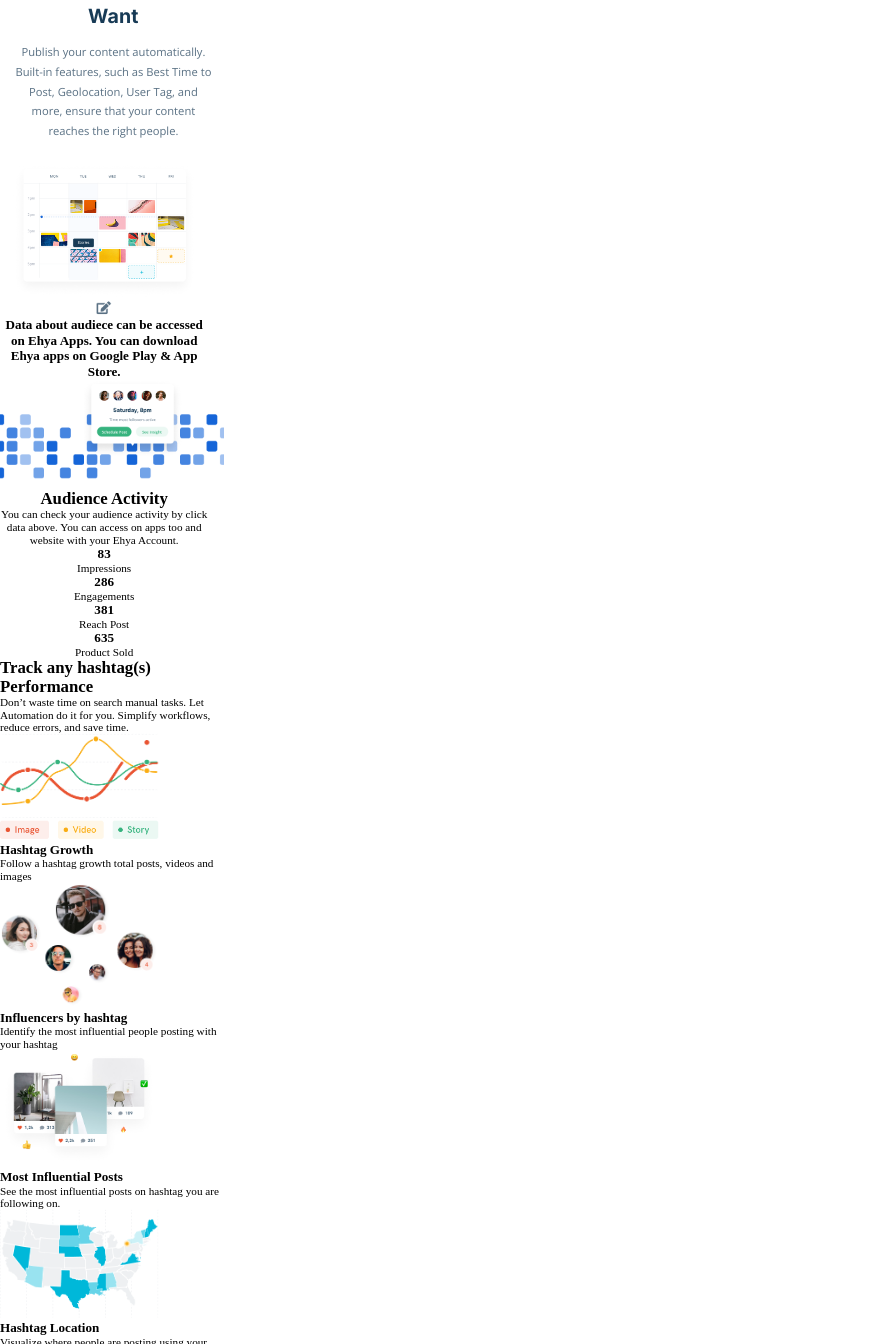
Repository: Eduardo-Tamborelli-Ferreira-lino/FrontEnd
Page: projetos/Prova-CSS/index.html
The author's editor kept a copy of each file at every save. The page is drawn from the files as they stood at one save, then again after the next save.
The browser window is 1280 px wide. The pictures show the part of the page from y = 1678 to 3598 px (the page is 5160 px tall before and 5200 px after), at 70% of full size.

Above is the page before, as saved 2026-03-12 14:07:12.

After the next save:
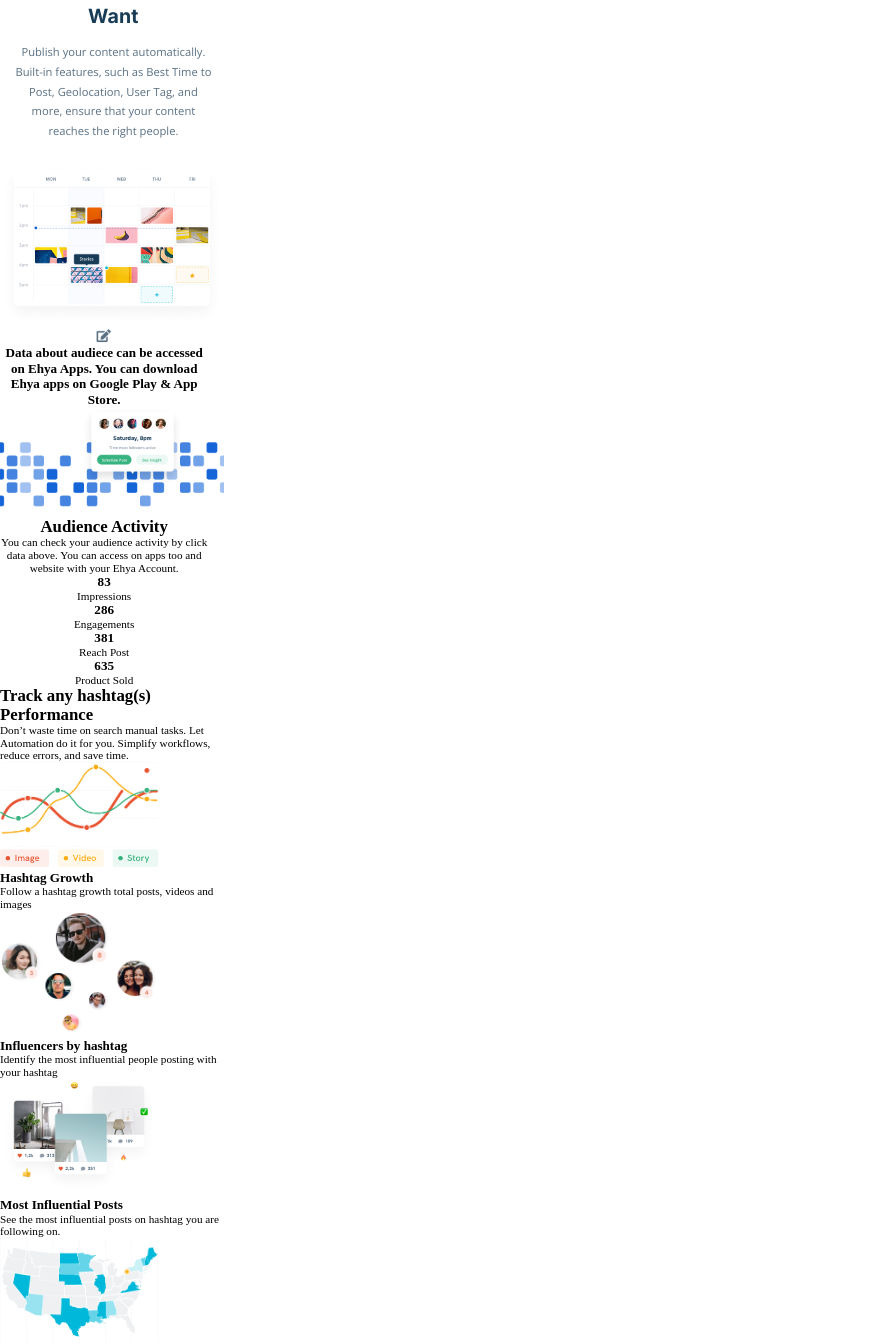
Saved 12 s later.
--- a/projetos/Prova-CSS/style.css
+++ b/projetos/Prova-CSS/style.css
@@ -217,7 +217,6 @@
 
 #schedule-graph img{
     width: 17.5;
-    height: 12.108rem;
 }
 
 .track-card img{
